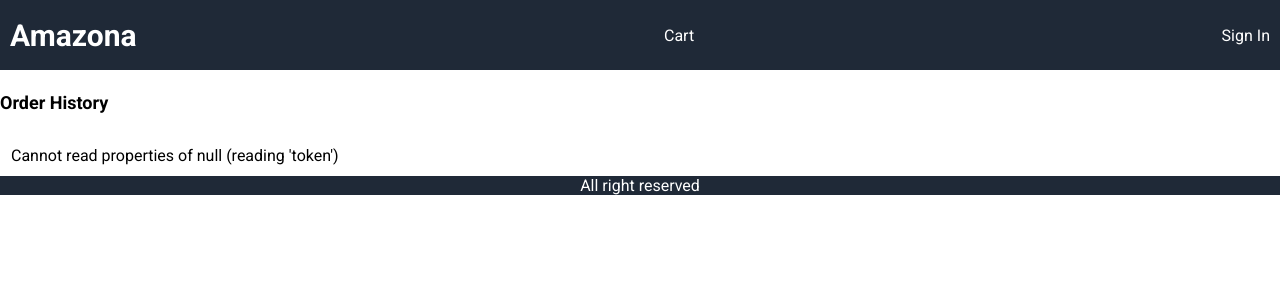
Repository: rexhep/e-commerce
Page: /orderhistory (app in frontend/)
These files come from the project's save history. The page is drawn as it stood at one moment and after the next save; the edit follows.
The browser window is 1280 px wide. The pictures show the whole page.
The project was rebuilt for these pictures with package versions that can differ from the ones it lists, and the page was loaded fresh each time. Also part of the build but not shown: frontend/src/actions/cartActions.js, frontend/src/components/clientHeader/ClientHeader.jsx, frontend/src/pages/CartPage.js, frontend/src/components/Rating.js, frontend/src/components/Product.js, frontend/src/components/LoadingBox.js, frontend/src/actions/productActions.js, frontend/src/components/clientHeader/HeaderSlider.jsx and 20 more.

Above is the page before, as saved 2021-10-12 01:04:24.

After the next save:
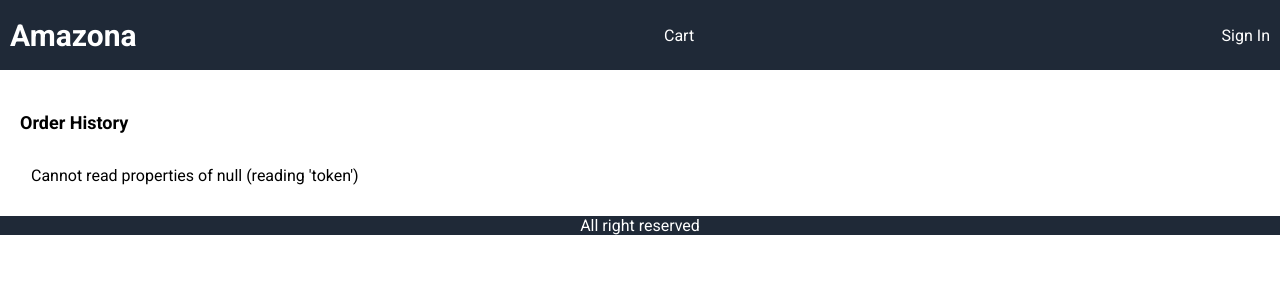
Saved 101 s later.
--- a/frontend/src/pages/OrderHistoryPage.js
+++ b/frontend/src/pages/OrderHistoryPage.js
@@ -1,11 +1,19 @@
 import React, { useEffect } from 'react';
 import { useDispatch, useSelector } from 'react-redux';
+import { makeStyles } from '@material-ui/core';
 import { listOrderMine } from '../actions/orderActions';
 import ClientNavbar from '../components/clientHeader/ClientNavbar';
 import LoadingBox from '../components/LoadingBox';
 import MessageBox from '../components/MessageBox';
 
+const useStyles = makeStyles((theme) => ({
+    orderHistory: {
+        padding: 20
+    }
+}));
+
 export default function OrderHistoryPage(props) {
+    const classes = useStyles();
     const orderMineList = useSelector(state => state.orderMineList);
     const { loading, error, orders } = orderMineList;
     const dispatch = useDispatch();
@@ -14,12 +22,10 @@ export default function OrderHistoryPage(props) {
         dispatch(listOrderMine());
     }, [dispatch]);
 
-    console.log('orders', orders);
-
     return (
         <>
             <ClientNavbar />
-            <div>
+            <div className={classes.orderHistory}>
                 <h1>Order History</h1>
                 {loading ?
                     (
